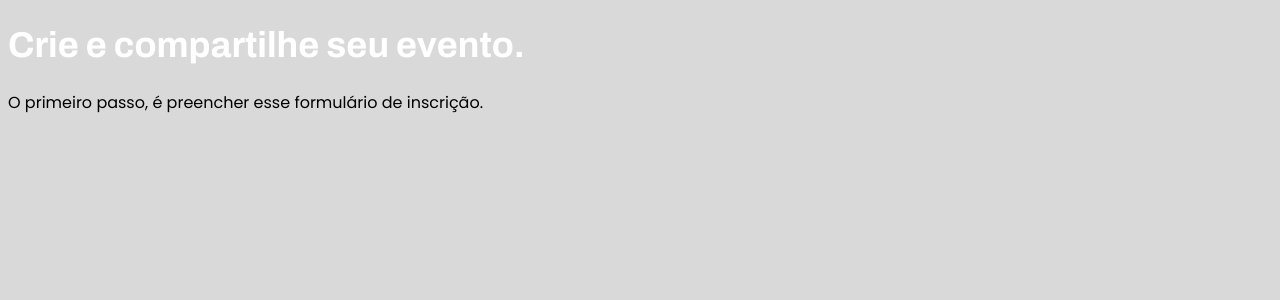
Repository: devMuriloOliveira/Formulario
Page: index.html
These files come from the project's save history. The page is drawn as it stood at one moment and after the next save; the edit follows.
The browser window is 1280 px wide. The pictures show the whole page.

Above is the page before, as saved 2023-10-30 19:28:00.

### index.html
<!DOCTYPE html>
<html lang="en">
  <head>
    <link rel="preconnect" href="https://fonts.googleapis.com" />
    <link rel="preconnect" href="https://fonts.gstatic.com" crossorigin />
    <meta charset="UTF-8" />
    <meta name="viewport" content="width=device-width, initial-scale=1.0" />
    <title>Crie seu evento</title>
    <link rel="stylesheet" href="style.css" />

    <link
      href="https://fonts.googleapis.com/css2?family=Archivo:wght@600;700&family=Poppins&display=swap"
      rel="stylesheet"
    />
  </head>
  <body>
    <header>
      <h1>Crie e compartilhe seu evento.</h1>
      <p>O primeiro passo, é preencher esse formulário de inscrição.</p>
    </header>

    <form action=""></form>
  </body>
</html>

### style.css
h1{
  font-family: 'Archivo', sans-serif;
  font-weight: bold;

  font-size: 36px;
  line-height: 42px;
  color: white;
}

body{
  font-family: 'Poppins', sans-serif;
  background-color: #D9D9D9;
}

body::before{

}

After the next save:
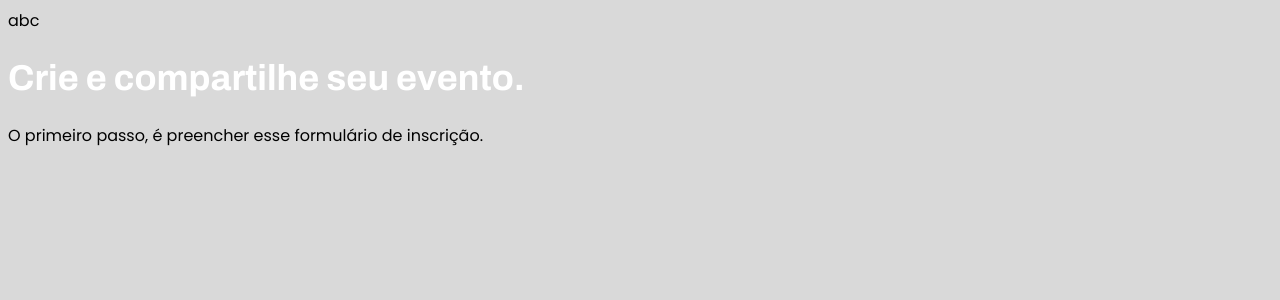
Saved 2 min 9 s later.
--- a/style.css
+++ b/style.css
@@ -13,5 +13,5 @@
 }
 
 body::before{
-
+  content: 'abc';
 }

After the save that followed:
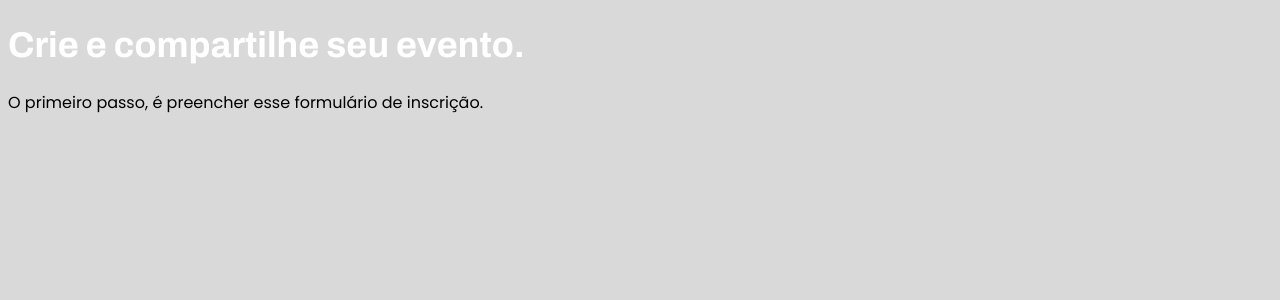
Saved 103 s later.
--- a/style.css
+++ b/style.css
@@ -13,5 +13,7 @@
 }
 
 body::before{
-  content: 'abc';
+  content: '';
+  width: 100%;
+  height: 368px;
 }
